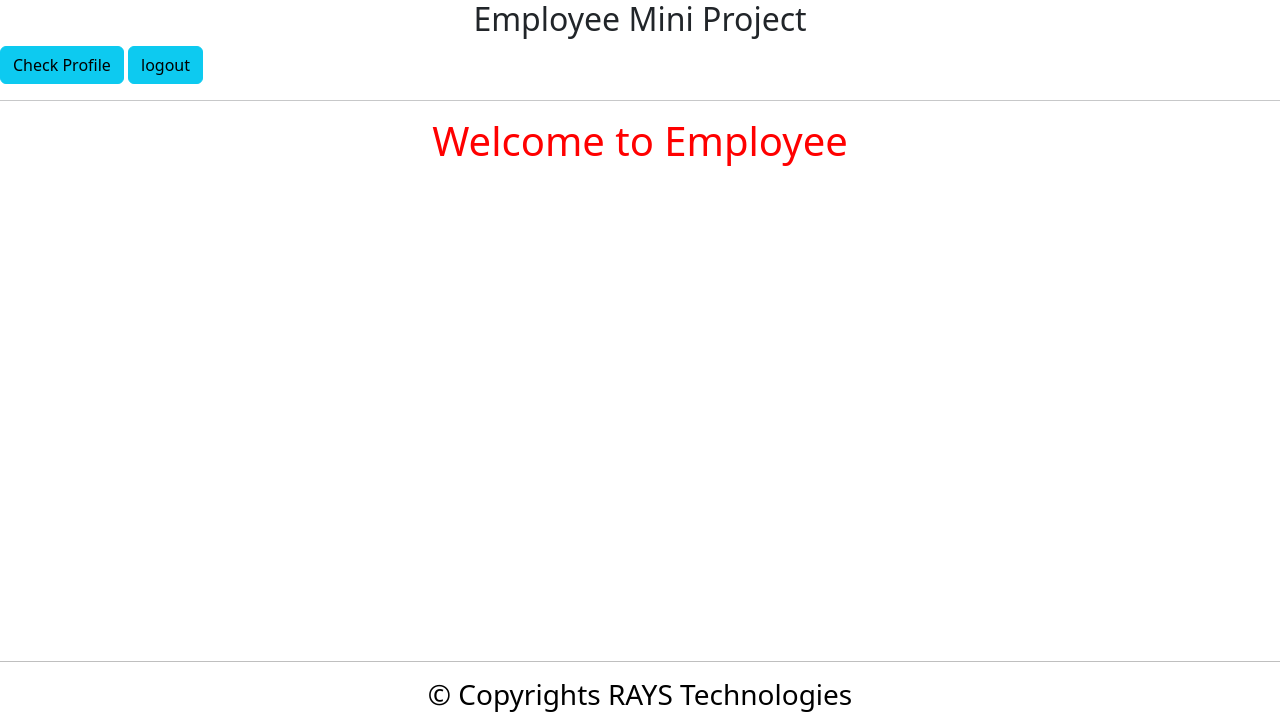
Repository: mca45034/MiniProjectp3
Page: http://localhost/miniproject/welcome.jsp
The author's editor kept a copy of each file at every save. The page is drawn from the files as they stood at one save, then again after the next save.
The browser window is 1280 px wide. The pictures show the whole page.
The page is served by Tomcat 9.

Above is the page before, as saved 2024-03-03 16:30:14.

After the next save:
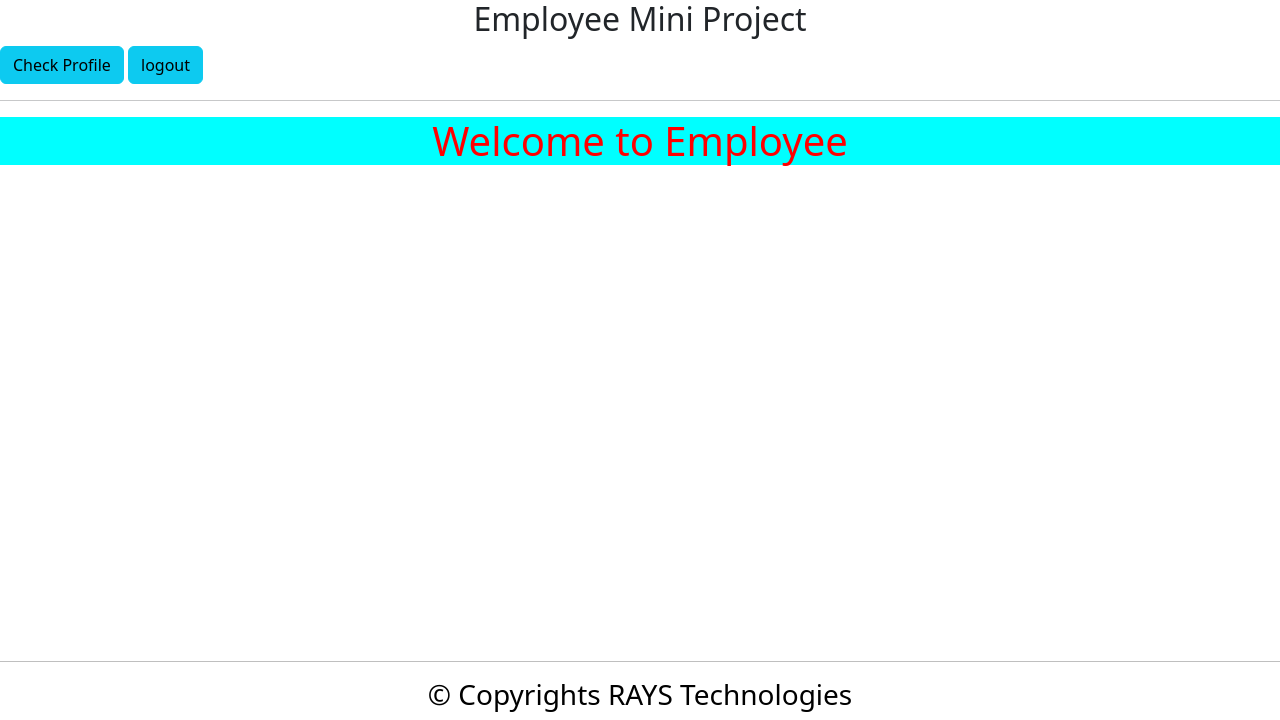
Saved 85 s later.
--- a/project/miniproject/src/main/webapp/welcome.jsp
+++ b/project/miniproject/src/main/webapp/welcome.jsp
@@ -6,7 +6,7 @@
 <meta charset="ISO-8859-1">
 <title>Insert title here</title>
 <style type="text/css">
- body{
+ form{
  background-color: aqua;
  }
 </style>
@@ -14,8 +14,10 @@
 <body>
 <%@ include file="header.jsp" %>
 <center>
+<form action="">
 <h1 style="color: red">Welcome to Employee</h1>
 </center>
+</form>
 <%@ include file="Footer.jsp" %>
 </body>
 </html>
